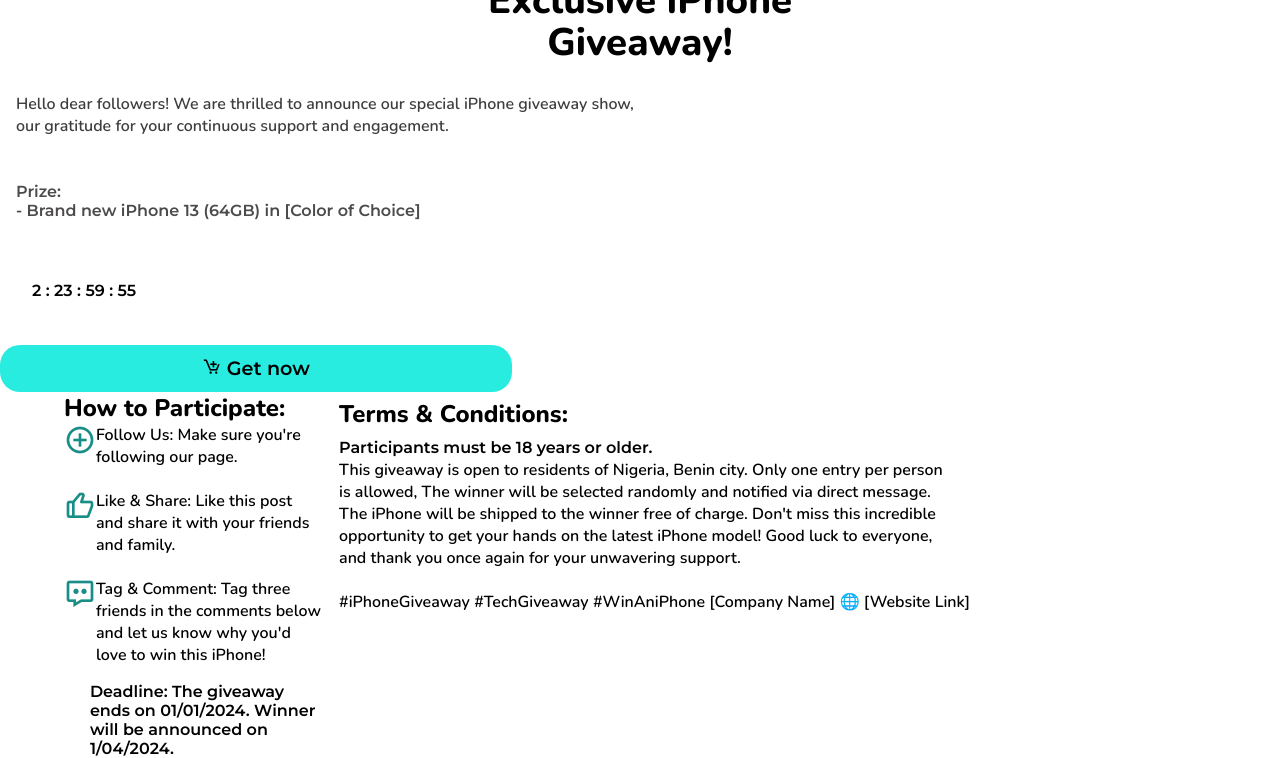
Repository: pasafista/freebie-iphone-webpage
Page: index.html
These files come from the project's save history. The page is drawn as it stood at one moment and after a run of saves; the edit follows.
The browser window is 1280 px wide. The pictures show the part of the page from y = 792 to 1570 px (the page is 1550 px tall before and 1570 px after).
A picture or video elsewhere on the page could not be fetched, so the positions and the page height are approximate.

Above is the page before, as saved 2024-01-02 00:46:09.

### index.html
<!DOCTYPE html>
<html lang="en">
  <head>
    <meta charset="UTF-8" />
    <title>Three-Day Timer</title>
    <link
      href="https://unpkg.com/boxicons@2.1.4/css/boxicons.min.css"
      rel="stylesheet"
    />
    <link rel="preconnect" href="https://fonts.googleapis.com" />
    <link rel="preconnect" href="https://fonts.gstatic.com" crossorigin />
    <link
      href="https://fonts.googleapis.com/css2?family=Montserrat:wght@600&family=Nunito:wght@600;800&display=swap"
      rel="stylesheet"
    />
    <link rel="stylesheet" href="style.css" />
    <script src="script.js"></script>
  </head>
  <body>
    <section class="main">

      <div class="hero-image-container">
        <img
          src="https://i.pinimg.com/474x/2d/cf/68/2dcf689ceba46c826341fbc847af2764.jpg"
          class="hero-image"
        />
      </div>

      <div class="hero-txt">
        <h1>Exclusive <span class="h1">iPhone</span> <br />Giveaway!</h1>
        <div class="top">
          Hello dear followers! We are thrilled to announce our special iPhone
          giveaway show,
          <br />
          our gratitude for your continuous support and engagement.
        </div>
        <div class="bottom">
          Prize:<br />- Brand new iPhone 13 (64GB) in [Color of Choice]
        </div>
        <div class="timer" id="timer">
          <span class="days">3</span> : <span class="hours">00</span> :
          <span class="minutes">00</span> :
          <span class="seconds">00</span>
        </div>

        <button><i class="bx bx-cart-add"></i> Get now</button>
      </div>

    </section>
    <section class="foot">
      <div class="Participate">
        <h1>How to Participate:</h1>
        <ul>
          <li>
            <i class="bx bx-plus-circle"></i> Follow Us: Make sure you're
            following our page.
          </li>
          <br />
          <li>
            <i class="bx bx-like"></i> Like & Share: Like this post and share it
            with your friends and family.
          </li>
          <br />
          <li>
            <i class="bx bx-message-dots"></i>Tag & Comment: Tag three friends
            in the comments below and let us know why you'd love to win this
            iPhone!
          </li>
        </ul>
        <div class="info2">
          <!-- The content will be dynamically updated by JavaScript -->
        </div>
      </div>
      <div class="TC">
        <h1>Terms & Conditions:</h1>
        <p class="para">
          <span class="tiny"> Participants must be 18 years or older. </span
          ><br />
        </p>
        <div class="para-block">
          This giveaway is open to residents of Nigeria, Benin city. Only one
          entry per person is allowed, The winner will be selected randomly and
          notified via direct message. The iPhone will be shipped to the winner
          free of charge. Don't miss this incredible opportunity to get your
          hands on the latest iPhone model! Good luck to everyone, and thank you
          once again for your unwavering support.
        </div>
        <br />
        #iPhoneGiveaway #TechGiveaway #WinAniPhone [Company Name] 🌐 [Website
        Link]
      </div>
    </section>
  </body>
</html>

### style.css
* {
  margin: 0;
  padding: 0;
  box-sizing: border-box;
}

.main {
  display: flex;
  flex-direction: row-reverse;
  align-items: center;
  margin: auto;
}

.hero-image-container {
  width: 40%;
} /* this is a div class name for the hero image, i used this to create a flexbox */

.hero-image {
  width: 100%;
} /*this is the hero image, it is set to 100% so that the image will occupy the space available in the hero image container*/

.hero-txt {
  width: 50%;
  display: flex;
  flex-direction: column;
  justify-content: center;
  align-items: left;
  gap: 0.8em;
}

.hero-txt h1 {
  font-size: 3rem;
  font-family: "Nunito", sans-serif;
  line-height: 1.1em;
}

.h1:hover {
  color: #28ece0;
  cursor: pointer;
}

.top {
  font-size: 1.2rem;
  font-family: "Nunito", sans-serif;
  color: rgb(63, 61, 61);
}

.bottom {
  font-size: 1.2rem;
  font-family: "Montserrat", sans-serif !important;
  color: rgb(76, 74, 74);
}

button {
  width: 40%;
  padding: 0.6em 0.01em;
  font-size: 1.2em;
  border-radius: 20px;
  font-family: "Montserrat", sans-serif !important;
  border: none;
  outline: none;
  background-color: #28ece0;
}

button:hover {
  cursor: pointer;
  box-shadow: 5px 5px 0px 2px #082f2d;
}

.timer {
  font-family: "Montserrat", sans-serif !important;
  font-size: 2rem;
}

.foot {
  display: flex;
  width: 90%;
  margin: auto;
  gap: 1em;
}

.Participate {
  font-family: "Nunito", sans-serif;
  display: flex;
  flex-direction: column;
}

.info2 {
  margin-top: 1em;
  font-family: "Montserrat", sans-serif !important;
  width: 90%;
  align-self: flex-end;
}

ul li {
  display: flex;
  font-weight: 600;
}

li i {
  color: #188e86;
  font-size: 2rem;
}

.TC h1 {
  font-family: "Nunito", sans-serif;
  margin-bottom: 0.3em;
}

.tiny {
  font-size: 1rem;
  font-family: "Montserrat", sans-serif;
}

.para-block {
  font-size: 1rem;
  width: 70%;
}

.TC {
  margin-top: 0.4em;
  font-family: "Nunito", sans-serif;
}

@media screen and (max-width:320px), (min-width:480px) {
    .main{
display: flex;
flex-direction: column;

    }

    .hero-image-container{
        width: 80%;
    }

    .hero-image{
        width: 100%;
    }

    .hero-txt{
        width: 100%;
    }

    .hero-txt h1{
        text-align: center;
        font-size: 2.4rem;
    }

    .top, .bottom{
        font-size: 1rem;
        text-align: justify;
        padding: 1em;
    }

 .timer{
    font-size: 1rem;
    text-align: justify;
    padding: 2em;
}

 }
}

### script.js
document.addEventListener('DOMContentLoaded', function() {
    var deadline = new Date();
    deadline.setDate(deadline.getDate() + 3); // Set deadline 3 days from now

    function getTimeRemaining(endtime) {
        var total = Date.parse(endtime) - Date.parse(new Date());
        var seconds = Math.floor((total / 1000) % 60);
        var minutes = Math.floor((total / 1000 / 60) % 60);
        var hours = Math.floor((total / (1000 * 60 * 60)) % 24);
        var days = Math.floor(total / (1000 * 60 * 60 * 24));
        return {
            total,
            days,
            hours,
            minutes,
            seconds
        };
    }

    function initializeClock(id, endtime) {
        var clock = document.getElementById(id);
        var daysSpan = clock.querySelector('.days');
        var hoursSpan = clock.querySelector('.hours');
        var minutesSpan = clock.querySelector('.minutes');
        var secondsSpan = clock.querySelector('.seconds');

        function updateClock() {
            var t = getTimeRemaining(endtime);

            daysSpan.innerHTML = t.days;
            hoursSpan.innerHTML = ('0' + t.hours).slice(-2);
            minutesSpan.innerHTML = ('0' + t.minutes).slice(-2);
            secondsSpan.innerHTML = ('0' + t.seconds).slice(-2);

            if (t.total <= 0) {
                clearInterval(timeinterval);
            }
        }

        updateClock();
        var timeinterval = setInterval(updateClock, 1000);
    }

    initializeClock('timer', deadline);

    // Display today's date and the date 3 days from now
    var today = new Date();
    var dd = String(today.getDate()).padStart(2, '0');
    var mm = String(today.getMonth() + 1).padStart(2, '0'); // January is 0!
    var yyyy = today.getFullYear();
    var threeDaysFromNow = new Date(today);
    threeDaysFromNow.setDate(today.getDate() + 3);

    today = mm + '/' + dd + '/' + yyyy;
    threeDaysFromNow = (threeDaysFromNow.getMonth() + 1) + '/' + String(threeDaysFromNow.getDate()).padStart(2, '0') + '/' + threeDaysFromNow.getFullYear();

    // Update the content of the info2 div
    var info2Div = document.querySelector('.info2');
    info2Div.innerHTML = "Deadline: The giveaway ends on " + today + ". Winner will be announced on " + threeDaysFromNow + ".";
});

After the next 2 saves:
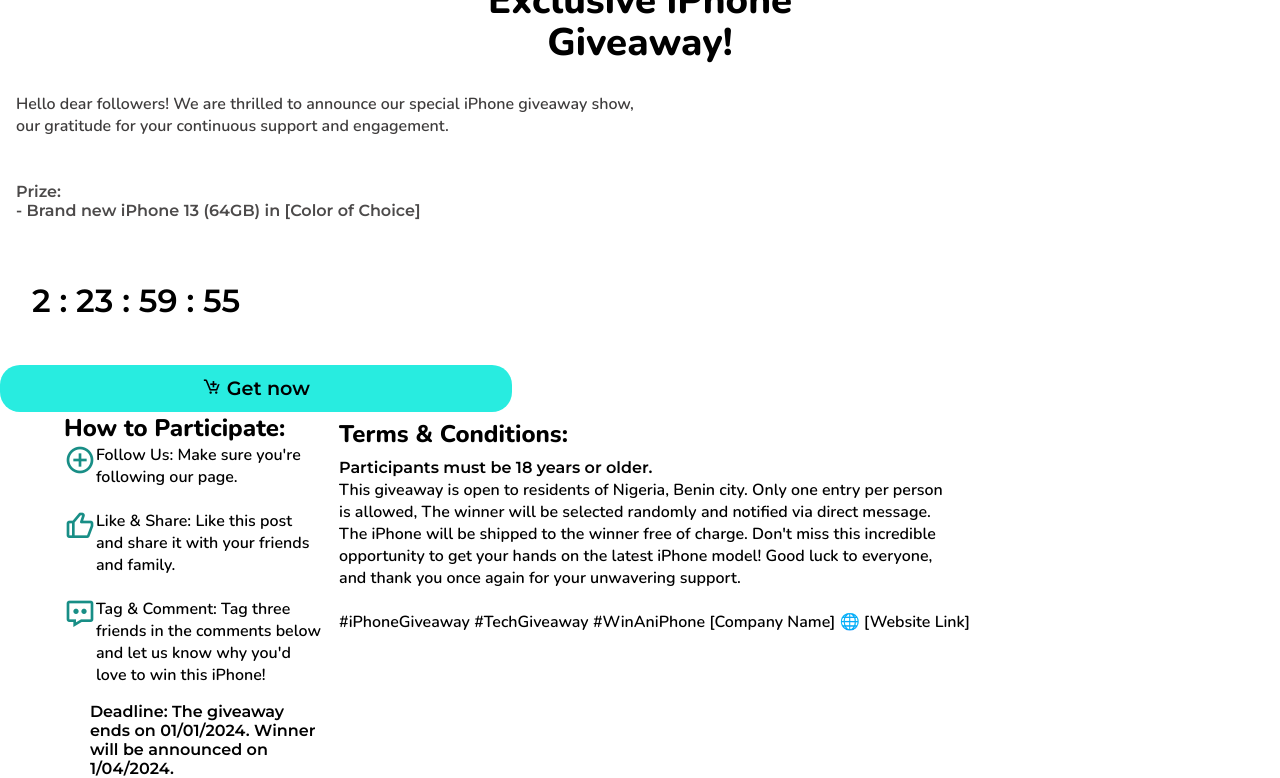
The 2 saves are shown as one change because they came seconds apart.
The last was saved 11 s later.
--- a/style.css
+++ b/style.css
@@ -153,9 +153,9 @@
     }
 
  .timer{
-    font-size: 1rem;
+    font-size: 2rem;
     text-align: justify;
-    padding: 2em;
+    padding: 1em;
 }
 
  }
